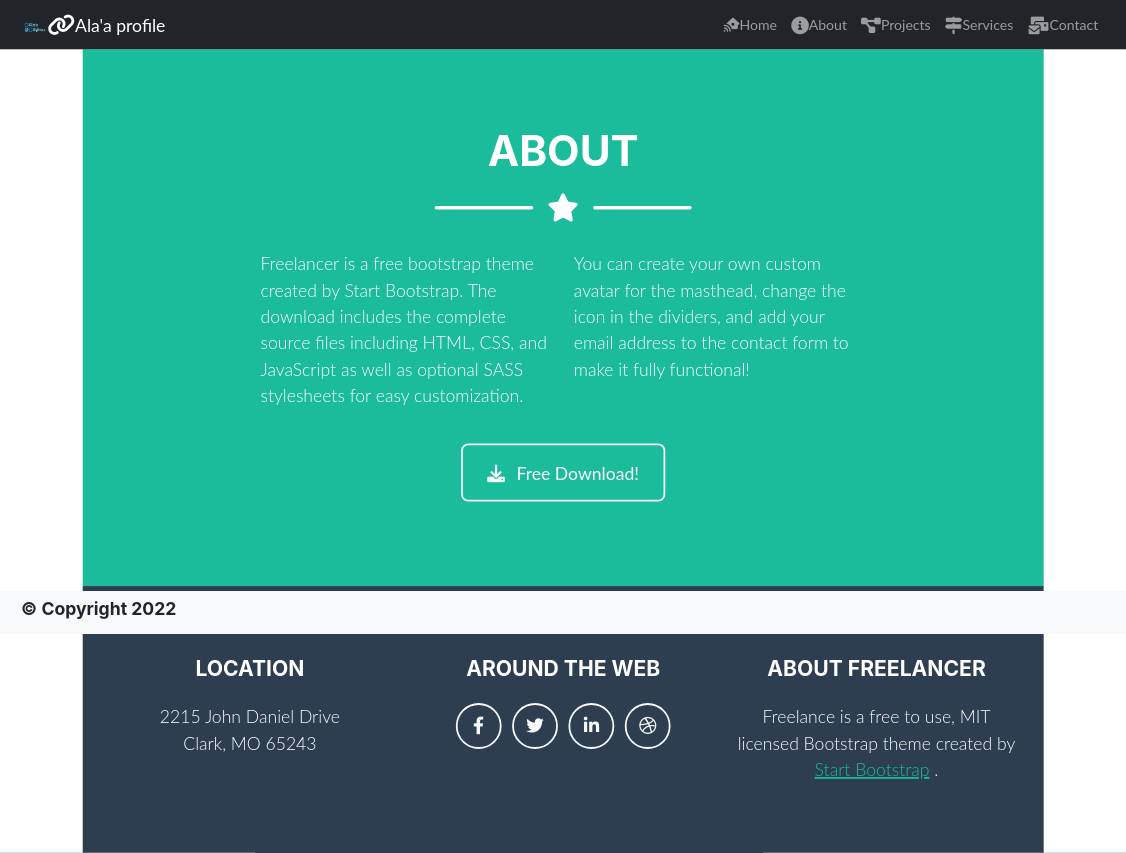
Repository: alaakhdour/heroukulivesite-section1
Page: http://localhost/about
These files come from the project's save history. The page is drawn as it stood at one moment and after the next save; the edit follows.
The browser window is 1280 px wide. The pictures show the whole page, at 88% of full size.
The page is served by the project's Node server (server.js).

Above is the page before, as saved 2022-06-17 08:40:59.

After the next save:
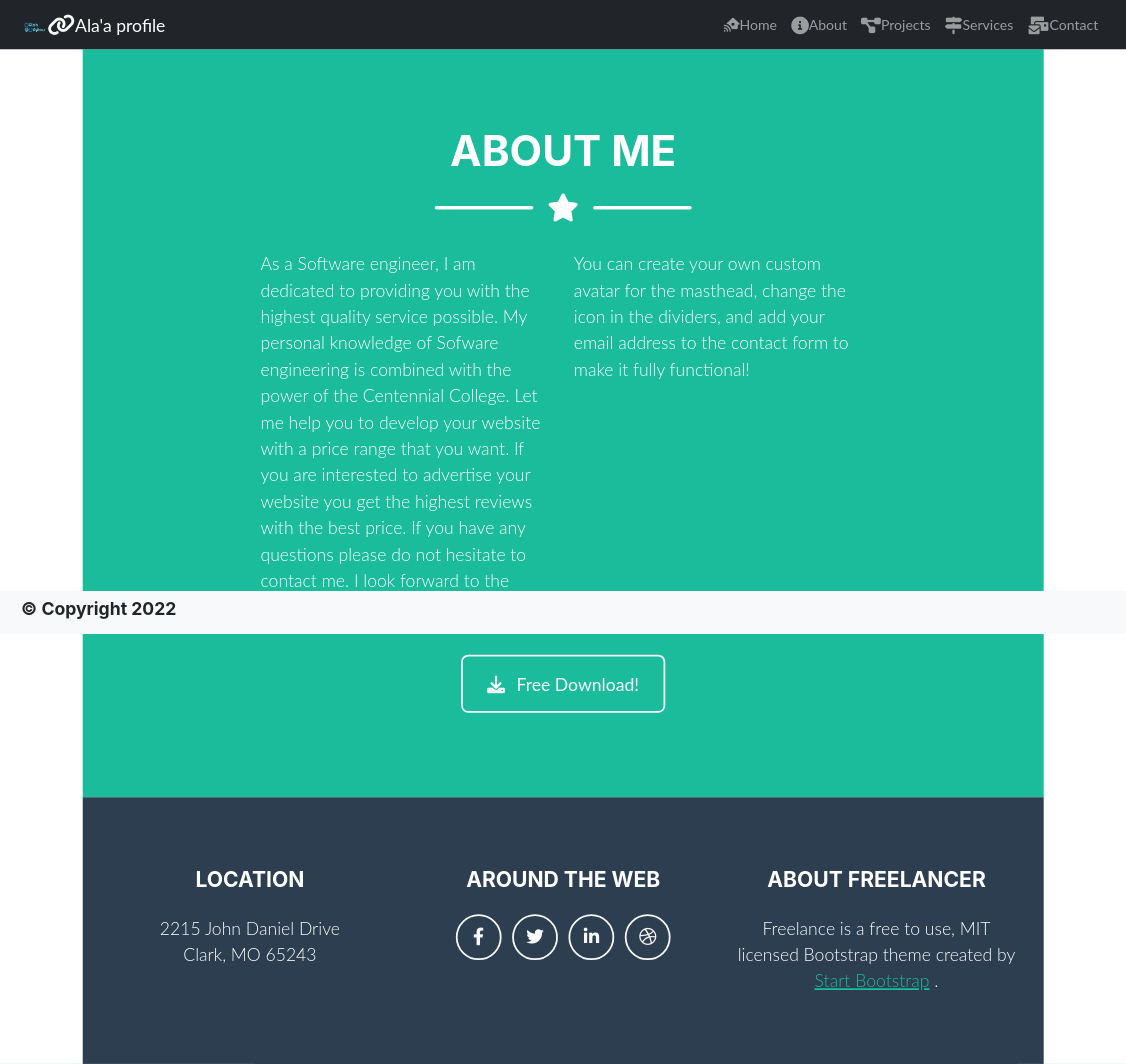
Saved 2 min 19 s later.
--- a/Server/Views/content/about.ejs
+++ b/Server/Views/content/about.ejs
@@ -5,7 +5,7 @@
     <section class="page-section bg-primary text-white mb-0" id="about">
         <div class="container">
             <!-- About Section Heading-->
-            <h2 class="page-section-heading text-center text-uppercase text-white">About</h2>
+            <h2 class="page-section-heading text-center text-uppercase text-white">About ME</h2>
             <!-- Icon Divider-->
             <div class="divider-custom divider-light">
                 <div class="divider-custom-line"></div>
@@ -14,7 +14,7 @@
             </div>
             <!-- About Section Content-->
             <div class="row">
-                <div class="col-lg-4 ms-auto"><p class="lead">Freelancer is a free bootstrap theme created by Start Bootstrap. The download includes the complete source files including HTML, CSS, and JavaScript as well as optional SASS stylesheets for easy customization.</p></div>
+                <div class="col-lg-4 ms-auto"><p class="lead">As a Software engineer, I am dedicated to providing you with the highest quality service possible. My personal knowledge of Sofware engineering is combined with the power of the Centennial College. Let me help you to develop your website with a price range that you want. If you are interested to advertise your website you get the highest reviews with the best price. If you have any questions please do not hesitate to contact me. I look forward to the opportunity of working for you!</p></div>
                 <div class="col-lg-4 me-auto"><p class="lead">You can create your own custom avatar for the masthead, change the icon in the dividers, and add your email address to the contact form to make it fully functional!</p></div>
             </div>
             <!-- About Section Button-->
